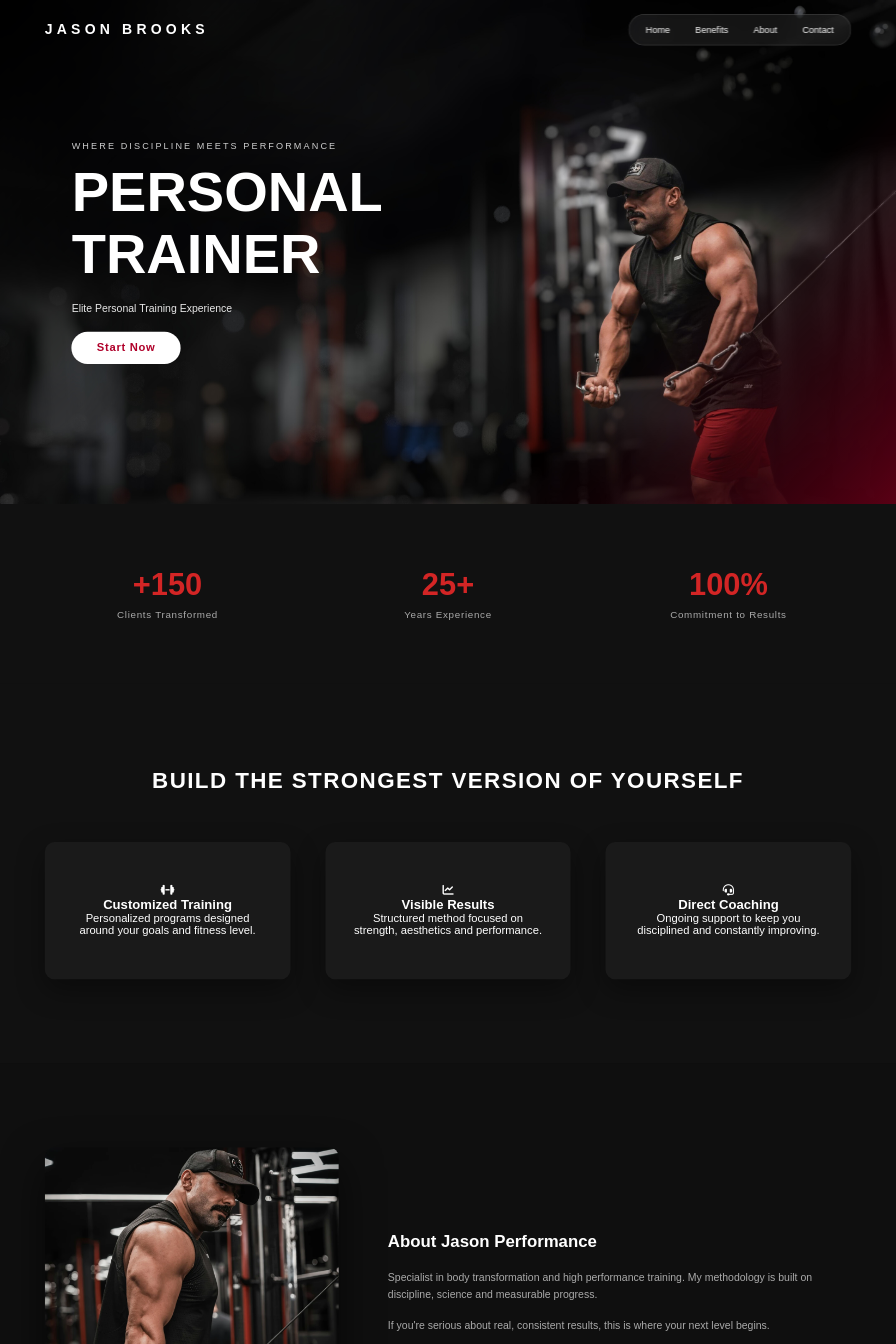
Repository: davidfsillva/Jason-Brooks
Page: index.html
An editor plug-in stored every save of this project. The page is shown before and after the next save, followed by the edit.
The browser window is 1280 px wide. The pictures show the part of the page from y = 0 to 1920 px (the page is 3042 px tall), at 70% of full size.
Some web fonts or font styles are not loaded; a fallback is used.

Above is the page before, as saved 2026-02-21 16:41:07.

### index.html
<!DOCTYPE html>
<html lang="en">
<head>
    <!-- META SEO -->
    <meta charset="UTF-8">
    <meta name="viewport" content="width=device-width, initial-scale=1.0">

    <title>Axon Performance | Personal Trainer</title>
    <meta name="description" content="Personal trainer focused on performance, aesthetics and real physical transformation. Customized training programs for serious results.">

    <!-- Open Graph -->
    <meta property="og:title" content="Axon Performance | Personal Trainer">
    <meta property="og:description" content="Customized training programs focused on performance and transformation.">
    <meta property="og:type" content="website">
    <meta property="og:image" content="https://yourdomain.com/preview.jpg">

    <!-- Font Awesome (removido duplicado) -->
    <link rel="stylesheet" href="https://cdnjs.cloudflare.com/ajax/libs/font-awesome/6.5.1/css/all.min.css">

    <!-- Canonical -->
    <link rel="canonical" href="https://yourdomain.com/">

    <!-- CSS -->
    <link rel="stylesheet" href="style.css">

    <!-- JS -->
    <script src="script.js" defer></script>
</head>

<body>

    <!-- ================= HEADER ================= -->
    <header class="header">
        <div class="container nav-container">
            <div class="logo">JASON BROOKS </div>

            <nav class="nav" id="nav">
                <a href="#home" class="active">Home</a>
                <a href="#benefits">Benefits</a>
                <a href="#about">About</a>
                <a href="#contact">Contact</a>
            </nav>

            <button
                class="menu-toggle"
                id="menu-toggle"
                aria-label="Toggle navigation menu"
                aria-expanded="false">

                <span class="hamburger">
                    <span></span>
                    <span></span>
                    <span></span>
                </span>

            </button>
        </div>
    </header>

    <!-- ================= HERO ================= -->
    <section class="hero">

        <div class="hero-content">
            <p class="hero-small">Where Discipline Meets Performance</p>
            <h1>PERSONAL<br>TRAINER</h1>
            <p class="hero-sub">Elite Personal Training Experience</p>
            <a href="#" class="btn-primary">Start Now</a>
        </div>

        <div class="hero-image-side">
            <img src="img/Design sem nome (2).png" alt="Personal Trainer">
        </div>

    </section>

    <!-- ================= STATS ================= -->
    <section class="stats">
        <div class="container stats-grid">
            <div class="stat-item">
                <h3>+150</h3>
                <p>Clients Transformed</p>
            </div>
            <div class="stat-item">
                <h3>25+</h3>
                <p>Years Experience</p>
            </div>
            <div class="stat-item">
                <h3>100%</h3>
                <p>Commitment to Results</p>
            </div>
        </div>
    </section>

    <!-- ================= BENEFITS ================= -->
    <section class="benefits" id="benefits">
        <div class="container">
            <h2 class="section-title fade-in">Build the Strongest Version of Yourself</h2>

            <div class="benefits-grid">

                <div class="benefit-card fade-in">
                    <i class="fa-solid fa-dumbbell"></i>
                    <h3>Customized Training</h3>
                    <p>Personalized programs designed around your goals and fitness level.</p>
                </div>

                <div class="benefit-card fade-in">
                    <i class="fa-solid fa-chart-line"></i>
                    <h3>Visible Results</h3>
                    <p>Structured method focused on strength, aesthetics and performance.</p>
                </div>

                <div class="benefit-card fade-in">
                    <i class="fa-solid fa-headset"></i>
                    <h3>Direct Coaching</h3>
                    <p>Ongoing support to keep you disciplined and constantly improving.</p>
                </div>

            </div>
        </div>
    </section>

    <!-- ================= ABOUT ================= -->
    <section class="about" id="about">
        <div class="container about-container fade-in">

            <div class="about-image">
                <img src="img/hero2.webp" alt="Professional personal trainer coaching client">
            </div>

            <div class="about-text">
                <h2>About Jason Performance</h2>
                <p>
                    Specialist in body transformation and high performance training.
                    My methodology is built on discipline, science and measurable progress.
                </p>
                <p>
                    If you're serious about real, consistent results,
                    this is where your next level begins.
                </p>
                <a href="#contact" class="btn-secondary">Work With Me</a>
            </div>

        </div>
    </section>

    <!-- ================= CTA ================= -->
    <section class="cta" id="contact">
        <div class="container fade-in">
            <h2>Ready to Elevate Your Performance?</h2>
            <p>Fill out the form below and start your transformation today.</p>

            <form id="contact-form" class="contact-form" novalidate>
                <input
                    type="text"
                    id="name"
                    placeholder="Your Name"
                    required
                    aria-label="Your Name">

                <input
                    type="email"
                    id="email"
                    placeholder="Your Email"
                    required
                    aria-label="Your Email">

                <button type="submit" class="btn-primary">
                    Start Now
                </button>

                <p id="form-message" role="alert"></p>
            </form>
        </div>
    </section>

    <!-- ================= FOOTER ================= -->
    <footer class="footer">
        <p>© 2026 Jason Brooks - All Rights Reserved</p>
    </footer>

</body>
</html>

### style.css
/* ================= FONT ================= */
@font-face {
    font-family: 'TT Answer';
    src: url('fonts/TTAnswer-Regular.woff2') format('woff2');
    font-weight: 400;
    font-style: normal;
}

@font-face {
    font-family: 'TT Answer';
    src: url('fonts/TTAnswer-Medium.woff2') format('woff2');
    font-weight: 500;
    font-style: normal;
}

@font-face {
    font-family: 'TT Answer';
    src: url('fonts/TTAnswer-Bold.woff2') format('woff2');
    font-weight: 700;
    font-style: normal;
}


/* ================= DESIGN SYSTEM ================= */
:root {
    --primary: #b0002a;
    --primary-light: #d32525;
    --dark: #0f0f0f;
    --dark-light: #1a1a1a;
    --text: #ffffff;
    --text-muted: #aaaaaa;
    --radius: 14px;
    --transition: 0.3s ease;
}


/* ================= RESET ================= */
* {
    margin: 0;
    padding: 0;
    box-sizing: border-box;
}

body {
    font-family: 'Playfair Display', sans-serif;
    background: var(--dark);
    color: var(--text);
    scroll-behavior: smooth;
    -webkit-font-smoothing: antialiased;

}

.container {
    width: 90%;
    max-width: 1200px;
    margin: auto;
}


/* ================= HEADER ================= */
header {
    position: fixed;
    top: 0;
    left: 0;
    width: 100%;
    padding: 20px 0;
    background: transparent;
    z-index: 10;
    transition: 0.3s ease;

}

.nav-container {
    display: flex;
    justify-content: space-between;
    align-items: center;
}

.logo {
    font-size: 20px;
    font-weight: 700;
    letter-spacing: 6px;
    text-transform: uppercase;
}

/* ================= MENU PILL ================= */
.nav {
    display: flex;
    align-items: center;
    padding: 6px;
    border-radius: 40px;
    background: rgba(255,255,255,0.08);
    backdrop-filter: blur(12px);
    border: 1px solid rgba(255,255,255,0.15);
}

.nav a {
    text-decoration: none;
    color: white;
    font-size: 13px;
    font-weight: 500;
    padding: 8px 18px;
    border-radius: 30px;
    transition: 0.3s ease;
}

.nav a.active {
    background: rgba(255, 255, 255, 0.185);
    color: white;
}

.nav a:hover {
    color: var(--primary-light);
}

.menu-toggle {
    display: none;
    font-size: 26px;
    cursor: pointer;
}

.header.scrolled {
    background: rgba(0,0,0,0.85);
    padding: 15px 0;
}

/* ================= HAMBURGER PREMIUM ================= */

.menu-toggle {
    background: none;
    border: none;
    cursor: pointer;
    display: none;
    z-index: 1100;
}

.hamburger {
    width: 28px;
    height: 20px;
    position: relative;
    display: flex;
    flex-direction: column;
    justify-content: space-between;
    transition: 0.4s ease;
}

.hamburger span {
    height: 2px;
    width: 100%;
    background: var(--text);
    border-radius: 2px;
    transition: 0.4s ease;
    transform-origin: center;
}

/* ================= ANIMAÇÃO ATIVO ================= */

.menu-toggle.active .hamburger {
    transform: rotate(180deg);
}

.menu-toggle.active .hamburger span:nth-child(1) {
    transform: translateY(9px) rotate(45deg);
}

.menu-toggle.active .hamburger span:nth-child(2) {
    opacity: 0;
}

.menu-toggle.active .hamburger span:nth-child(3) {
    transform: translateY(-9px) rotate(-45deg);
}



/* ================= HERO ================= */
.hero {
    position: relative;
    height: 100vh;
    display: flex;
    align-items: center;
    padding: 0 8%;
    overflow: hidden;

    background: linear-gradient(
        120deg,
        #000000 40%,
        #5a0015 100%
    );
}

.hero-overlay {
    position: absolute;
    inset: 0;
    z-index: 1;

    background:
        radial-gradient(
            circle at center,
            rgba(0, 0, 0, 0) 40%,
            rgba(0, 0, 0, 0.6) 100%
        ),
        linear-gradient(
            rgba(120, 0, 30, 0.85),
            rgba(120, 0, 30, 0.85)
        );
}

.hero-content {
    flex: 1;
    text-align: left;
    max-width: 600px;
    z-index: 2;
}

.hero-small {
    font-size: 13px;
    letter-spacing: 3px;
    text-transform: uppercase;
    margin-bottom: 15px;
    opacity: 0.8;
}

.hero-content h1 {
    font-size: 80px;
    line-height: 1.1;
}

.hero-sub {
    margin: 25px 0;
    font-size: 15px;
    font-weight: 400;
    opacity: 0.9;
}

.hero-image-side {
    position: absolute;
    right: 0;
    bottom: 0;
    height: 100%;
    width: 50%;
    display: flex;
    justify-content: flex-end;
    align-items: flex-end;
}

.hero-image-side img {
    height: 100%;
    width: auto;
    object-fit: cover;

    -webkit-mask-image: linear-gradient(
        135deg,
        transparent 0%,
        black 40%,
        black 70%,
        transparent 100%
    );

    mask-image: linear-gradient(
        135deg,
        transparent 0%,
        black 40%,
        black 70%,
        transparent 100%
    );
}




/* ================= BUTTONS ================= */
.btn-primary {
    display: inline-block;
    padding: 14px 36px;
    background: var(--text);
    color: var(--primary);
    text-decoration: none;
    font-weight: 600;
    border-radius: 30px;
    letter-spacing: 1px;
    transition: var(--transition);
}

.btn-primary:hover {
    background: var(--primary-light);
    color: white;
    transform: translateY(-3px);
}

.btn-secondary {
    display: inline-block;
    margin-top: 20px;
    padding: 12px 30px;
    border: 2px solid var(--primary);
    color: var(--primary);
    text-decoration: none;
    border-radius: 30px;
    font-weight: 500;
    transition: var(--transition);
}

.btn-secondary:hover {
    background: var(--primary);
    color: white;
}


/* ================= STATS ================= */
.stats {
    background: #111;
    padding: 90px 0;
    text-align: center;
}

.stats-grid {
    display: grid;
    grid-template-columns: repeat(auto-fit, minmax(200px, 1fr));
    gap: 50px;
}

.stat-item h3 {
    font-size: 44px;
    font-weight: 700;
    color: var(--primary-light);
}

.stat-item p {
    margin-top: 10px;
    font-size: 14px;
    color: var(--text-muted);
    letter-spacing: 1px;
}


/* ================= BENEFITS ================= */
.benefits {
    padding: 120px 0;
    background: #111;
    text-align: center;
}

.section-title {
    margin-bottom: 70px;
    font-size: 32px;
    font-weight: 700;
    letter-spacing: 2px;
    text-transform: uppercase;
}

.benefits-grid {
    display: grid;
    grid-template-columns: repeat(auto-fit, minmax(260px, 1fr));
    gap: 50px;
}

.benefit-card {
    background: var(--dark-light);
    padding: 60px 35px;
    border-radius: var(--radius);
    transition: var(--transition);
    box-shadow: 0 15px 40px rgba(0,0,0,0.4);
}

.benefit-card:hover {
    transform: translateY(-10px);
    background: #222;
}

.icon {
    font-size: 32px;
    color: var(--primary-light);
    margin-bottom: 25px;
    transition: 0.3s ease;
}

.benefit-card:hover .icon {
    transform: scale(1.15);
    color: white;
}


/* ================= ABOUT ================= */
.about {
    padding: 120px 0;
    background: var(--dark);
}

.about-container {
    display: flex;
    gap: 70px;
    align-items: center;
    flex-wrap: wrap;
}

.about-image img {
    width: 100%;
    max-width: 420px;
    border-radius: var(--radius);
    box-shadow: 0 25px 60px rgba(0,0,0,0.6);
}

.about-text {
    flex: 1;
}

.about h2 {
    margin-bottom: 25px;
    font-weight: 700;
}

.about p {
    margin-bottom: 18px;
    line-height: 1.7;
    font-size: 15px;
    color: var(--text-muted);
}


/* ================= CTA PREMIUM ================= */
.cta {
    padding: 140px 0;
    background: radial-gradient(circle at top left, rgba(255,0,80,0.25), transparent 60%),
                linear-gradient(120deg, #5a0015, #b0002a);
    text-align: center;
    position: relative;
}

.cta h2 {
    font-size: 36px;
    margin-bottom: 15px;
    letter-spacing: 2px;
    text-transform: uppercase;
}

.cta p {
    color: rgba(255,255,255,0.8);
    margin-bottom: 40px;
    font-size: 15px;
}

/* Card do formulário */
.contact-form {
    background: rgba(255,255,255,0.06);
    backdrop-filter: blur(18px);
    padding: 45px 35px;
    border-radius: 20px;
    display: flex;
    flex-direction: column;
    gap: 18px;
    max-width: 420px;
    margin: auto;
    box-shadow: 0 30px 60px rgba(0,0,0,0.5);
    border: 1px solid rgba(255,255,255,0.08);
}

/* Inputs */
.contact-form input {
    padding: 16px 20px;
    border-radius: 30px;
    border: 1px solid rgba(255,255,255,0.15);
    background: rgba(0,0,0,0.4);
    color: white;
    font-family: 'TT Answer', sans-serif;
    font-size: 14px;
    transition: 0.3s ease;
}

.contact-form input::placeholder {
    color: rgba(255,255,255,0.5);
}

.contact-form input:focus {
    border-color: var(--primary-light);
    box-shadow: 0 0 0 3px rgba(255,45,85,0.2);
    outline: none;
}

/* Botão */
.contact-form button {
    padding: 15px;
    border-radius: 30px;
    border: none;
    background: white;
    color: var(--primary);
    font-weight: 600;
    letter-spacing: 1px;
    cursor: pointer;
    transition: 0.3s ease;
}

.contact-form button:hover {
    background: var(--primary-light);
    color: white;
    transform: translateY(-3px);
    box-shadow: 0 10px 25px rgba(0,0,0,0.4);
}

/* Mensagem */
#form-message {
    margin-top: 12px;
    font-size: 14px;
    color: #ffffffcc;
}


/* ================= FOOTER ================= */
.footer {
    text-align: center;
    padding: 30px;
    background: #000;
    font-size: 13px;
    letter-spacing: 1px;
    color: var(--text-muted);
}


/* ================= ANIMATION ================= */
.fade-in {
    opacity: 0;
    transform: translateY(30px);
    transition: 0.8s ease;
}

.fade-in.visible {
    opacity: 1;
    transform: translateY(0);
}

section {
    scroll-margin-top: 120px;
}


/* ================= RESPONSIVE ================= */
@media(max-width: 768px) {

    .hero {
        flex-direction: column;
        text-align: center;
    }

    .hero-image-side {
        justify-content: center;
        margin-top: 30px;
    }

    .hero-content {
        text-align: center;
        padding-left: 0;
    }

    .hero h1 {
        font-size: 60px;
        letter-spacing: 10px;
    }

    .about-container {
        flex-direction: column;
        text-align: center;
    }

    .nav {
        position: absolute;
        top: 80px;
        right: 0;
        background: black;
        flex-direction: column;
        width: 220px;
        padding: 25px;
        display: none;
    }

    .nav.active {
        display: flex;
    }

    .menu-toggle {
        display: block;
    }
}

### script.js
// ================= MENU MOBILE =================
const toggle = document.getElementById("menu-toggle");
const nav = document.getElementById("nav");
const icon = toggle.querySelector("i");

toggle.addEventListener("click", () => {

    const isActive = nav.classList.toggle("active");

    toggle.classList.toggle("active");
    toggle.setAttribute("aria-expanded", isActive);

    // Troca ícone
    if (isActive) {
        icon.classList.remove("fa-bars");
        icon.classList.add("fa-xmark");
    } else {
        icon.classList.remove("fa-xmark");
        icon.classList.add("fa-bars");
    }
});

// ================= HEADER SCROLL EFFECT =================
const header = document.querySelector(".header");

if (header) {
    window.addEventListener("scroll", () => {
        header.classList.toggle("scrolled", window.scrollY > 50);
    });
}


/*
IMPORTANTE:
Adicione isso no CSS:

.header.scrolled {
    background: rgba(0,0,0,0.85);
    padding: 15px 0;
}
*/


// ================= SCROLL REVEAL =================
const faders = document.querySelectorAll(".fade-in");

if ("IntersectionObserver" in window && faders.length > 0) {

    const appearOptions = {
        threshold: 0.15,
        rootMargin: "0px 0px -50px 0px"
    };

    const appearOnScroll = new IntersectionObserver((entries, observer) => {
        entries.forEach(entry => {

            if (!entry.isIntersecting) return;

            entry.target.classList.add("visible");
            observer.unobserve(entry.target);

        });
    }, appearOptions);

    faders.forEach((el, index) => {
        el.style.transitionDelay = `${index * 0.1}s`;
        appearOnScroll.observe(el);
    });
}


// ================= FORM VALIDATION =================
const form = document.getElementById("contact-form");
const message = document.getElementById("form-message");

if (form && message) {

    form.addEventListener("submit", function(e){
        e.preventDefault();

        const name = document.getElementById("name").value.trim();
        const email = document.getElementById("email").value.trim();

        const emailRegex = /^[^\s@]+@[^\s@]+\.[^\s@]+$/;

        if (name.length < 3) {
            message.textContent = "Please enter a valid name (min. 3 characters).";
            message.style.color = "yellow";
            return;
        }

        if (!emailRegex.test(email)) {
            message.textContent = "Please enter a valid email address.";
            message.style.color = "yellow";
            return;
        }

        message.textContent = "Message sent successfully!";
        message.style.color = "lightgreen";

        form.reset();
    });
}

const sections = document.querySelectorAll("section");
const navLinks = document.querySelectorAll(".nav a");

window.addEventListener("scroll", () => {
  let current = "";

  sections.forEach(section => {
    const sectionTop = section.offsetTop - 150;
    if (scrollY >= sectionTop) {
      current = section.getAttribute("id");
    }
  });

  navLinks.forEach(link => {
    link.classList.remove("active");
    if (link.getAttribute("href") === "#" + current) {
      link.classList.add("active");
    }
  });
});

After the next save:
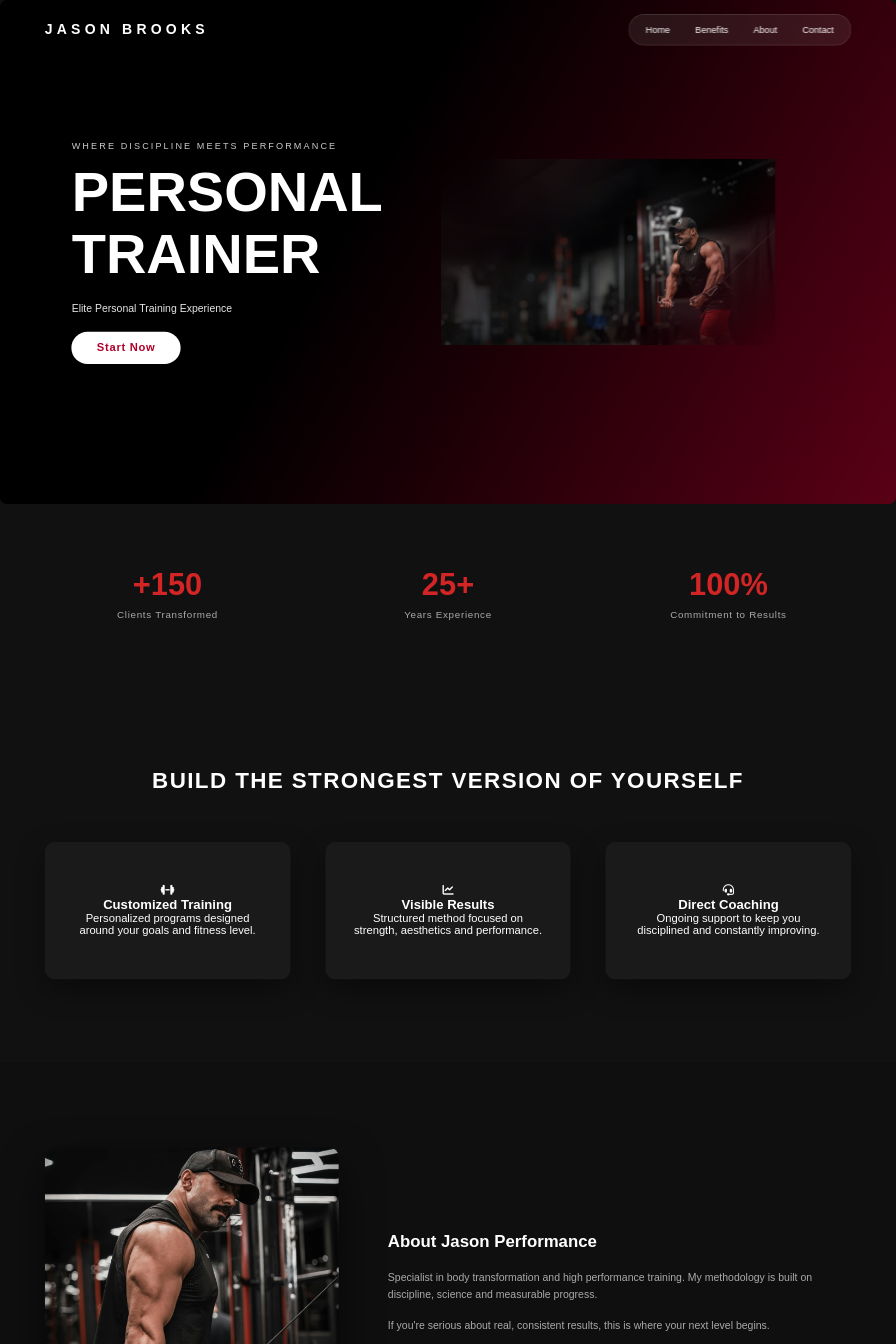
Saved 38 s later.
--- a/style.css
+++ b/style.css
@@ -175,13 +175,13 @@ header {
 
 /* ================= HERO ================= */
 .hero {
+    min-height: 100vh;
+    display: flex;
+    align-items: center;
+    justify-content: space-between;
+    padding: 0 8%;
     position: relative;
-    height: 100vh;
-    display: flex;
-    align-items: center;
-    padding: 0 8%;
-    overflow: hidden;
-
+    border-radius: 10px;
     background: linear-gradient(
         120deg,
         #000000 40%,
@@ -234,26 +234,22 @@ header {
 }
 
 .hero-image-side {
-    position: absolute;
-    right: 0;
-    bottom: 0;
-    height: 100%;
-    width: 50%;
+    flex: 1;
     display: flex;
     justify-content: flex-end;
-    align-items: flex-end;
+    align-items: center; /* centraliza verticalmente */
+    padding-right: 70px;
 }
 
 .hero-image-side img {
-    height: 100%;
-    width: auto;
-    object-fit: cover;
+    width: 95%;
+    max-width: 480px;
 
     -webkit-mask-image: linear-gradient(
         135deg,
         transparent 0%,
         black 40%,
-        black 70%,
+        black 60%,
         transparent 100%
     );
 
@@ -261,7 +257,7 @@ header {
         135deg,
         transparent 0%,
         black 40%,
-        black 70%,
+        black 60%,
         transparent 100%
     );
 }
